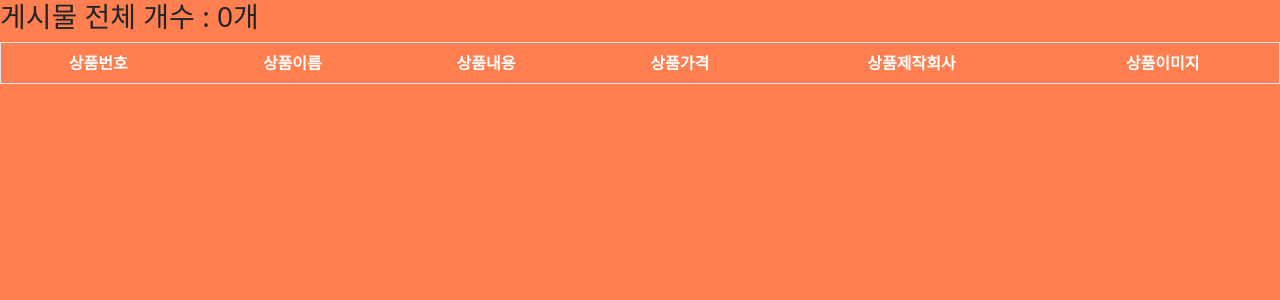
Repository: Hugh-KR/JSP_Project
Page: http://localhost/JSP_Project/product_all.jsp
An editor plug-in stored every save of this project. The page is shown before and after the next save, followed by the edit.
The browser window is 1280 px wide. The pictures show the whole page.
The page is served by Tomcat 9. Other server files are loaded and not shown. Queries for data that is not in the repository find no rows.

Above is the page before, as saved 2022-11-08 06:56:35.

### JSP_Project/src/main/webapp/product_all.jsp
<%@page import="db_connect.ProductVO"%>
<%@page import="java.util.ArrayList"%>
<%@page import="db_connect.ProductDAO"%>
<%@ page language="java" contentType="text/html; charset=UTF-8"
	pageEncoding="UTF-8"%>

<%
ProductDAO dao = new ProductDAO();
ArrayList<ProductVO> list = dao.list();
%>
<!DOCTYPE html>
<html>
<head>
<title>Insert title here</title>
<meta charset="UTF-8">
 <meta name="viewport" content="width=device-width, initial-scale=1">
  <link href="https://cdn.jsdelivr.net/npm/bootstrap@5.2.2/dist/css/bootstrap.min.css"
  rel="stylesheet">
  <script src="https://cdn.jsdelivr.net/npm/bootstrap@5.2.2/dist/js/bootstrap.bundle.min.js"></script>

<style type="text/css">
body {background-color: coral;}
tr{
text-align: center;
}
tr:nth-child(even){
background-color: #f2f2f2
}
th {
  color: white;
}
</style>
</head>
<body>
	<h3>
		게시물 전체 개수 :
		<%=list.size()%>개
	</h3>

	<table class="table table-hover" border="1">
		<tr>
			<th>상품번호</th>
			<th>상품이름</th>
			<th>상품내용</th>
			<th>상품가격</th>
			<th>상품제작회사</th>
			<th>상품이미지</th>
		</tr>
		<%
		for (ProductVO bag : list) {
		%>
		<tr>
			<td><%=bag.getID()%></td>
			<td><%=bag.getNAME()%></td>
			<td><%=bag.getCONTENT()%></td>
			<td><%=bag.getPRICE()%></td>
			<td><%=bag.getCOMPANY()%></td>
			<td><img src="img/<%=bag.getIMG()%>" width ="100" height="100"></td>
		</tr>
		<%
		} //for
		%>
	</table>

</body>
</html>

### JSP_Project/src/main/java/db_connect/ProductDAO.java
package db_connect;

import java.sql.Connection;
import java.sql.DriverManager;
import java.sql.PreparedStatement;
import java.sql.ResultSet;
import java.util.ArrayList;

import javax.swing.JOptionPane;

public class ProductDAO {

	public ArrayList<ProductVO> list() {

		// vo를 넣어줄 커다란 박스역할을 할 수 부품을 사용 예정
		// 가변길이인 경우 arraylist
		// MemberVO가 많이 들어간 arraylist박스를 하나 만들어줌.
		ArrayList<ProductVO> list = new ArrayList<>();

		// 1. 드라이버 설정- 드라이버(커넥터) 로딩
		try {
			Class.forName("com.mysql.cj.jdbc.Driver");
			// 특정한 위치에 있는 드라이버 파일을 램에 읽어들여 설정
			System.out.println("1. 드라이버 설정 성공.@@@@");

			// 2. db연결 mySQL: school, oracle: xe
			String url = "jdbc:mysql://localhost:3306/mydb";
			String user = "abcd";
			String password = "12345678";
			Connection con = DriverManager.getConnection(url, user, password); // Connection
			System.out.println("2. db연결 성공.@@@@@@");

			// 3. sql문을 만든다.
			String sql = "select * from PRODUCT";
			PreparedStatement ps = con.prepareStatement(sql);

			System.out.println("3. sql문 생성 성공.@@@@@");

			// 4. sql문을 db서버에 보낸다. --> 결과가 어떻게 되었는지 자바프로그램 알려줌.
			ResultSet rs = ps.executeQuery(); // r의 결과는 table, cud는 숫자(실행된row수) //1
			// rs.next() true면 결과가 있음. false면 결과가 없음.
			// System.out.println("4. sql문 db서버로 전송 성공. @@@@@ 반영된 row수 >>" + rs.next());
			while (rs.next()) { // 결과값이 true이면!!
				System.out.println("검색결과가 있음.");
				// 있으면
				// 1. 한 행의 값들을 추출
				// 2. vo를 만들어준다.
				// 3. vo에 추출한 값들을 넣어준다.
				// 4. vo를 list에 넣어준다.
				String id = rs.getString(1); // 컬럼의 순서 1번 id값 추출
				String name = rs.getString(2);
				String content = rs.getString(3);
				int price = rs.getInt(4);
				String company = rs.getString(5);
				String img = rs.getString(6);

				// UI에서 사용자가 검색한 결과를 볼 수 있어야 한다.
				// 4개의 데이터를 UI에게 return!!해주자.
				// 1) 가방을 만들어서,
				ProductVO bag = new ProductVO();
				// 2) 데이터를 넣고,
				bag.setID(id);
				bag.setNAME(name);
				bag.setCONTENT(content);
				bag.setPRICE(price);
				bag.setCOMPANY(company);
				bag.setIMG(img);

				list.add(bag);
				// 3) return하자.(전달)
			} // while
			System.out.println("box(list)에 들어간 가방의 갯수>> " + list.size());
			// db처리와 관련된 메모리 할당된 것 해제시켜주자.
			ps.close();
			con.close();
			rs.close();
		} catch (Exception e) {
			e.printStackTrace();
		}
		// 메서드의 처리를 다 끝내고, 결과를 보내줘라는 개념. 맨 끝에 써야함.
		return list;
	} // list

	// 기능하나만 메서드 하나 구현(검색 1명 기능-row 1개)
	public int login(MemberVO bag) {
		// 전달된 값 제대로 전달되었는지 확인하는 습관이 좋음.
		System.out.println(bag);

		// 1. 드라이버 설정- 드라이버(커넥터) 로딩
		// db의 유형, 버전에 따라 매우 많음.
		// 필요할 때 다운로드 받아 써야 함.
		int result = 0; // 0인 경우, 실패라고 하자.!

		try {
			Class.forName("com.mysql.cj.jdbc.Driver");
			// 특정한 위치에 있는 드라이버 파일을 램에 읽어들여 설정
			System.out.println("1. 드라이버 설정 성공.@@@@");

			// 2. db연결 mySQL: school, oracle: xe
			String url = "jdbc:mysql://localhost:3306/mydb";
			String user = "abcd";
			String password = "12345678";
			Connection con = DriverManager.getConnection(url, user, password); // Connection
			System.out.println("2. db연결 성공.@@@@@@");

			// 3. sql문을 만든다.
			String sql = "select * from member where id = ? and pw = ?"; // 1, 2번 2개의 물음표 번호
			PreparedStatement ps = con.prepareStatement(sql);
			ps.setString(1, bag.getId()); // 1번 물음표에 id에 저장해놓은 값을 스트링으로 넣어줘!
			ps.setString(2, bag.getPw());
			System.out.println("3. sql문 생성 성공.@@@@@");

			// 4. sql문을 db서버에 보낸다. --> 결과가 어떻게 되었는지 자바프로그램 알려줌.
			ResultSet rs = ps.executeQuery(); // r의 결과는 table, cud는 숫자(실행된row수) //1
			// rs.next() true면 결과가 있음. false면 결과가 없음.
			// System.out.println("4. sql문 db서버로 전송 성공. @@@@@ 반영된 row수 >>" + rs.next());
			if (rs.next()) { // 결과값이 true이면!!
				System.out.println("검색결과가 있음.");
				result = 1;
				// 3) return하자.(전달)
			}
			// db처리와 관련된 메모리 할당된 것 해제시켜주자.
			ps.close();
			con.close();
			rs.close();
		} catch (Exception e) {
			e.printStackTrace();
		}
		// 메서드의 처리를 다 끝내고, 결과를 보내줘라는 개념. 맨 끝에 써야함.
		return result;
	} // login

	// 기능하나만 메서드 하나 구현(검색 1명 기능-row 1개)
	public MemberVO one(String id) {
		// 전달된 값 제대로 전달되었는지 확인하는 습관이 좋음.
		System.out.println(id);

		// 1. 드라이버 설정- 드라이버(커넥터) 로딩
		// db의 유형, 버전에 따라 매우 많음.
		// 필요할 때 다운로드 받아 써야 함.
		MemberVO bag = null; // 쓰레기값!!--> 변수 초기화시켜주어야함.!

		try {
			Class.forName("com.mysql.cj.jdbc.Driver");
			// 특정한 위치에 있는 드라이버 파일을 램에 읽어들여 설정
			System.out.println("1. 드라이버 설정 성공.@@@@");

			// 2. db연결 mySQL: school, oracle: xe
			String url = "jdbc:mysql://localhost:3306/mydb";
			String user = "abcd";
			String password = "12345678";
			Connection con = DriverManager.getConnection(url, user, password); // Connection
			System.out.println("2. db연결 성공.@@@@@@");

			// 3. sql문을 만든다.
			String sql = "select * from member where id = ?";
			PreparedStatement ps = con.prepareStatement(sql);
			ps.setString(1, id); // 1번 물음표에 id에 저장해놓은 값을 스트링으로 넣어줘!
			System.out.println("3. sql문 생성 성공.@@@@@");
			// String site = "http://www.naver.com";
			// Url url = new Url(site); //객체화!!

			// 4. sql문을 db서버에 보낸다. --> 결과가 어떻게 되었는지 자바프로그램 알려줌.
			ResultSet rs = ps.executeQuery(); // r의 결과는 table, cud는 숫자(실행된row수) //1
			// rs.next() true면 결과가 있음. false면 결과가 없음.
			// System.out.println("4. sql문 db서버로 전송 성공. @@@@@ 반영된 row수 >>" + rs.next());
			if (rs.next()) { // 결과값이 true이면!!
				System.out.println("검색결과가 있음.");
				String id2 = rs.getString(1); // 컬럼의 순서 1번 id값 추출
				String pw = rs.getString("pw");
				String name = rs.getString(3);
				String tel = rs.getString(4);
				System.out.println("검색한 결과>>" + id2 + " " + pw + " " + name + " " + tel);

				// UI에서 사용자가 검색한 결과를 볼 수 있어야 한다.
				// 4개의 데이터를 UI에게 return!!해주자.
				// 1) 가방을 만들어서,
				bag = new MemberVO();
				// 2) 데이터를 넣고,
				bag.setId(id2);
				bag.setPw(pw);
				bag.setName(name);
				bag.setTel(tel);

				// 3) return하자.(전달)
			}
			// db처리와 관련된 메모리 할당된 것 해제시켜주자.
			ps.close();
			con.close();
			rs.close();
		} catch (Exception e) {
			e.printStackTrace();
		}
		// 메서드의 처리를 다 끝내고, 결과를 보내줘라는 개념. 맨 끝에 써야함.
		return bag;
	} // one

	// 기능하나만 메서드 하나 구현(등록기능)
	public void insert(ProductVO bag) { // String id
		System.out.println(bag); // toString()호출, 가방에 들어있는 값들이 프린트
		// 자바에서 DBMS를 연결하려고 함.
		// JDBC 프로그래밍 절차
		// 4단계 절차
		// 1. 드라이버 설정- 드라이버(커넥터) 로딩
		// db의 유형, 버전에 따라 매우 많음.
		// 필요할 때 다운로드 받아 써야 함.
		try {
			Class.forName("com.mysql.cj.jdbc.Driver");
			// 특정한 위치에 있는 드라이버 파일을 램에 읽어들여 설정
			System.out.println("1. 드라이버 설정 성공.@@@@");

			// 2. db연결 mySQL: school, oracle: xe
			String url = "jdbc:mysql://localhost:3306/mydb";
			String user = "abcd";
			String password = "12345678";
			Connection con = DriverManager.getConnection(url, user, password); // Connection
			System.out.println("2. db연결 성공.@@@@@@");

			// 3. sql문을 만든다.
			String sql = "insert into PRODUCT values (?, ?, ?, ?, ?, ?)";
			// 준비된 문장(Preparedstatement)
			PreparedStatement ps = con.prepareStatement(sql);
			ps.setString(1, bag.getID() ); // 1번 물음표에 id에 저장해놓은 값을 스트링으로 넣어줘!
			ps.setString(2, bag.getNAME()); // 2번 물음표에 pw에 저장해놓은 값을 스트링으로 넣어줘!
			ps.setString(3, bag.getCONTENT()); // 3번 물음표에 name에 저장해놓은 값을 스트링으로 넣어줘!
			ps.setInt(4, bag.getPRICE()); // 4번 물음표에 tel에 저장해놓은 값을 스트링으로 넣어줘!
			ps.setString(5, bag.getCOMPANY()); // 4번 물음표에 tel에 저장해놓은 값을 스트링으로 넣어줘!
			ps.setString(6, bag.getIMG()); // 4번 물음표에 tel에 저장해놓은 값을 스트링으로 넣어줘!
			System.out.println("3. sql문 생성 성공.@@@@@");
			// String site = "http://www.naver.com";
			// Url url = new Url(site); //객체화!!

			// 4. sql문을 db서버에 보낸다. --> 결과가 어떻게 되었는지 자바프로그램 알려줌.
			String result2 = "실패";
			try {
				int result = ps.executeUpdate(); // r의 결과는 table, cud는 숫자(실행된row수) //1
				System.out.println("4. sql문 db서버로 전송 성공. @@@@@ 반영된 row수 >>" + result);
				if (result == 1) {
					result2 = "성공";
				}
			} catch (Exception e) {
				System.out.println("상품등록시 에러발생");
				e.printStackTrace(); //에러정보 프린트
			}
			JOptionPane.showMessageDialog(null, result2);  //컴파일 에러
			ps.close();
			con.close();
		} catch (Exception e) {
			e.printStackTrace();
		}
	} // insert

	// 기능하나만 메서드 하나 구현(탈퇴기능)
	public void delete(ProductVO bag) {
		// 자바에서 DBMS를 연결하려고 함.
		// JDBC 프로그래밍 절차
		// 4단계 절차
		// 1. 드라이버 설정- 드라이버(커넥터) 로딩
		// db의 유형, 버전에 따라 매우 많음.
		// 필요할 때 다운로드 받아 써야 함.
		try {
			Class.forName("com.mysql.cj.jdbc.Driver");
			// 특정한 위치에 있는 드라이버 파일을 램에 읽어들여 설정
			System.out.println("1. 드라이버 설정 성공.@@@@");

			// 2. db연결 mySQL: school, oracle: xe
			String url = "jdbc:mysql://localhost:3306/mydb";
			String user = "abcd";
			String password = "12345678";
			Connection con = DriverManager.getConnection(url, user, password); // Connection
			System.out.println("2. db연결 성공.@@@@@@");

			// 3. sql문을 만든다.
			String sql = "delete from PRODUCT where id = ?";
			// 준비된 문장(Preparedstatement)
			PreparedStatement ps = con.prepareStatement(sql);

			ps.setString(1, bag.getID()); // 1번 물음표에 id에 저장해놓은 값을 스트링으로 넣어줘!
			System.out.println("3. sql문 생성 성공.@@@@@");
			// String site = "http://www.naver.com";
			// Url url = new Url(site); //객체화!!

			// 4. sql문을 db서버에 보낸다. --> 결과가 어떻게 되었는지 자바프로그램 알려줌.
			int result = ps.executeUpdate(); // r의 결과는 table, cud는 숫자(실행된row수) //1
			System.out.println("4. sql문 db서버로 전송 성공. @@@@@ 반영된 row수 >>" + result);

			ps.close();
			con.close();
		} catch (Exception e) {
			e.printStackTrace();
		}

	} // delete

	public void update(ProductVO bag) {
		// 자바에서 DBMS를 연결하려고 함.
		// JDBC 프로그래밍 절차
		// 4단계 절차
		// 1. 드라이버 설정- 드라이버(커넥터) 로딩
		// db의 유형, 버전에 따라 매우 많음.
		// 필요할 때 다운로드 받아 써야 함.
		try {
			Class.forName("com.mysql.cj.jdbc.Driver");
			// 특정한 위치에 있는 드라이버 파일을 램에 읽어들여 설정
			System.out.println("1. 드라이버 설정 성공.@@@@");

			// 2. db연결 mySQL: school, oracle: xe
			String url = "jdbc:mysql://localhost:3306/mydb";
			String user = "abcd";
			String password = "12345678";
			Connection con = DriverManager.getConnection(url, user, password); // Connection
			System.out.println("2. db연결 성공.@@@@@@");

			// 3. sql문을 만든다.
			String sql = "UPDATE PRODUCT SET content=?  WHERE id=?";
			// 준비된 문장(Preparedstatement)
			PreparedStatement ps = con.prepareStatement(sql);

			ps.setString(1, bag.getCONTENT()); // 1번 물음표에 id에 저장해놓은 값을 스트링으로 넣어줘!
			ps.setString(2, bag.getID()); // 1번 물음표에 id에 저장해놓은 값을 스트링으로 넣어줘!
			System.out.println("3. sql문 생성 성공.@@@@@");
			// String site = "http://www.naver.com";
			// Url url = new Url(site); //객체화!!

			// 4. sql문을 db서버에 보낸다. --> 결과가 어떻게 되었는지 자바프로그램 알려줌.
			int result = ps.executeUpdate(); // r의 결과는 table, cud는 숫자(실행된row수) //1
			System.out.println("4. sql문 db서버로 전송 성공. @@@@@ 반영된 row수 >>" + result);

			ps.close();
			con.close();
		} catch (Exception e) {
			e.printStackTrace();
		}

	} // update

} // class

After the next save:
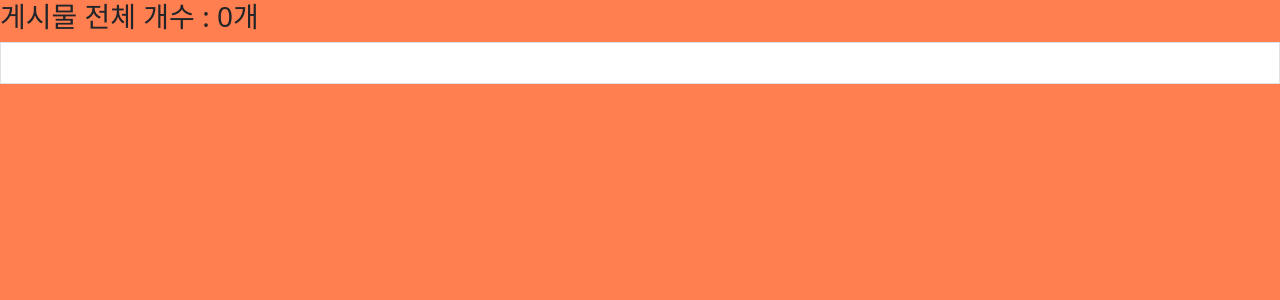
Saved 2 min 23 s later.
--- a/JSP_Project/src/main/webapp/product_all.jsp
+++ b/JSP_Project/src/main/webapp/product_all.jsp
@@ -20,12 +20,11 @@ ArrayList<ProductVO> list = dao.list();
 
 <style type="text/css">
 body {background-color: coral;}
+table{background-color: white;}
 tr{
 text-align: center;
 }
-tr:nth-child(even){
-background-color: #f2f2f2
-}
+
 th {
   color: white;
 }
